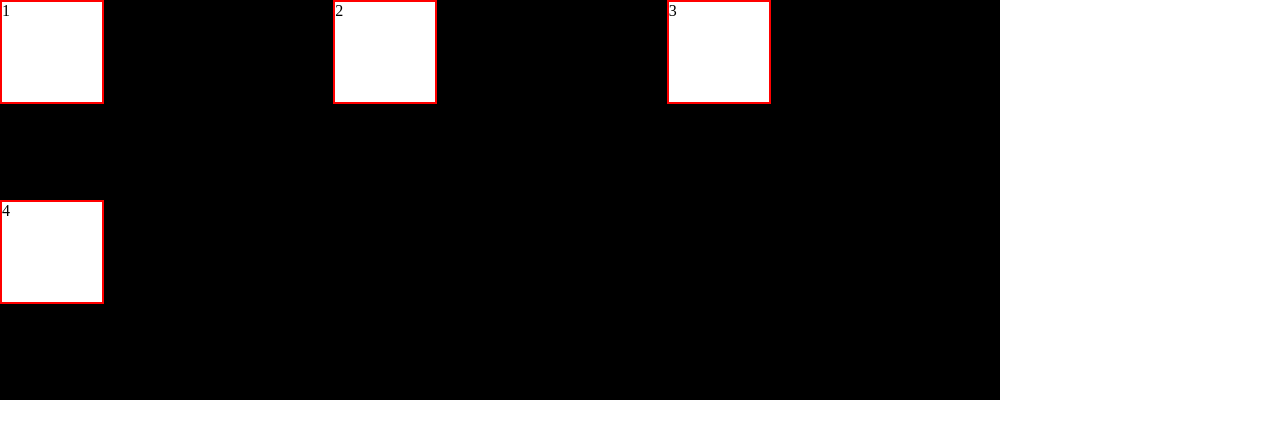
Repository: elourenco001/cursoweb
Page: DisplayGrid/index.html
The author's editor kept a copy of each file at every save. The page is drawn from the files as they stood at one save, then again after the next save.
The browser window is 1280 px wide. The pictures show the whole page.

Above is the page before, as saved 2023-01-30 15:19:51.

### DisplayGrid/index.html
<!DOCTYPE html>
<html lang="pt_br"> <!--Formato da Linguagem a ser usada-->
    <head>
        <meta charset="UTF-8">
        <meta http-equiv="X-UA-Compatible" content="Google Chrome">
        <meta name="viewport" content="width-device-width, initial-scaled=1.0">
    <title>Profissão Programador</title> <!--TItulo da aba do Navegador-->

    <link rel="stylesheet" href="./styles.css"/>
</head>
    <body>
        <div class="minhadiv">
            <div class="caixa">1</div>
            <div class="caixa">2</div>
            <div class="caixa">3</div>
            <div class="caixa">4</div>

        </div>

    </body>
</html>

### DisplayGrid/styles.css
* {

    margin: 0;

}
.minhadiv {
    width: 1000px;
    height: 400px;
    background-color: black;
    display: grid;
    grid-template-columns: repeat(3, 1fr);


}

.caixa {
    width: 100px;
    height: 100px;
    background-color: #fff;
    border: 2px solid red;

}

After the next save:
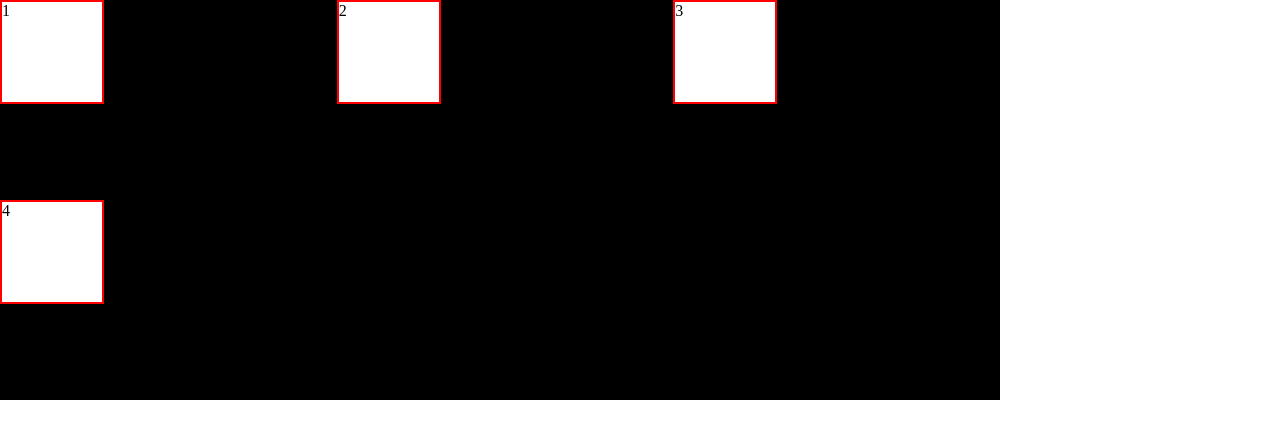
Saved 68 s later.
--- a/DisplayGrid/styles.css
+++ b/DisplayGrid/styles.css
@@ -8,7 +8,8 @@
     height: 400px;
     background-color: black;
     display: grid;
-    grid-template-columns: repeat(3, 1fr);
+    grid-template-columns: repeat(3, 1fr); /*Separar pela quantidade de coluna que desejar */
+    column-gap: 10px;
 
 
 }
